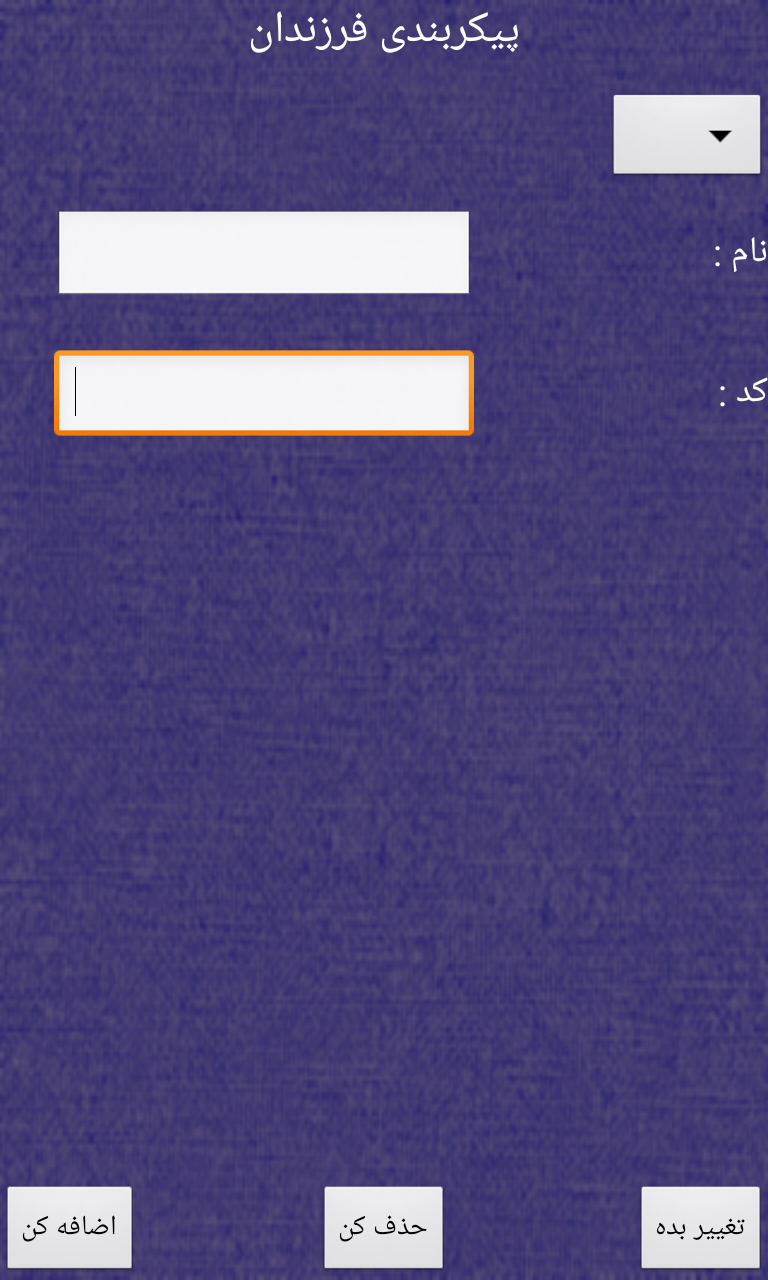
Repository: samanamp/RR-Controller
Layout: RRC app/res/layout/activity_child_setting.xml
An editor plug-in stored every save of this project. The layout is shown before and after the next save, followed by the edit.
It is drawn on a 768 x 1280 px phone screen (xhdpi) without system bars, with theme AppTheme; the app's code is not run.

Above is the layout before, as saved 2012-08-13 11:53:30.

After the next save:
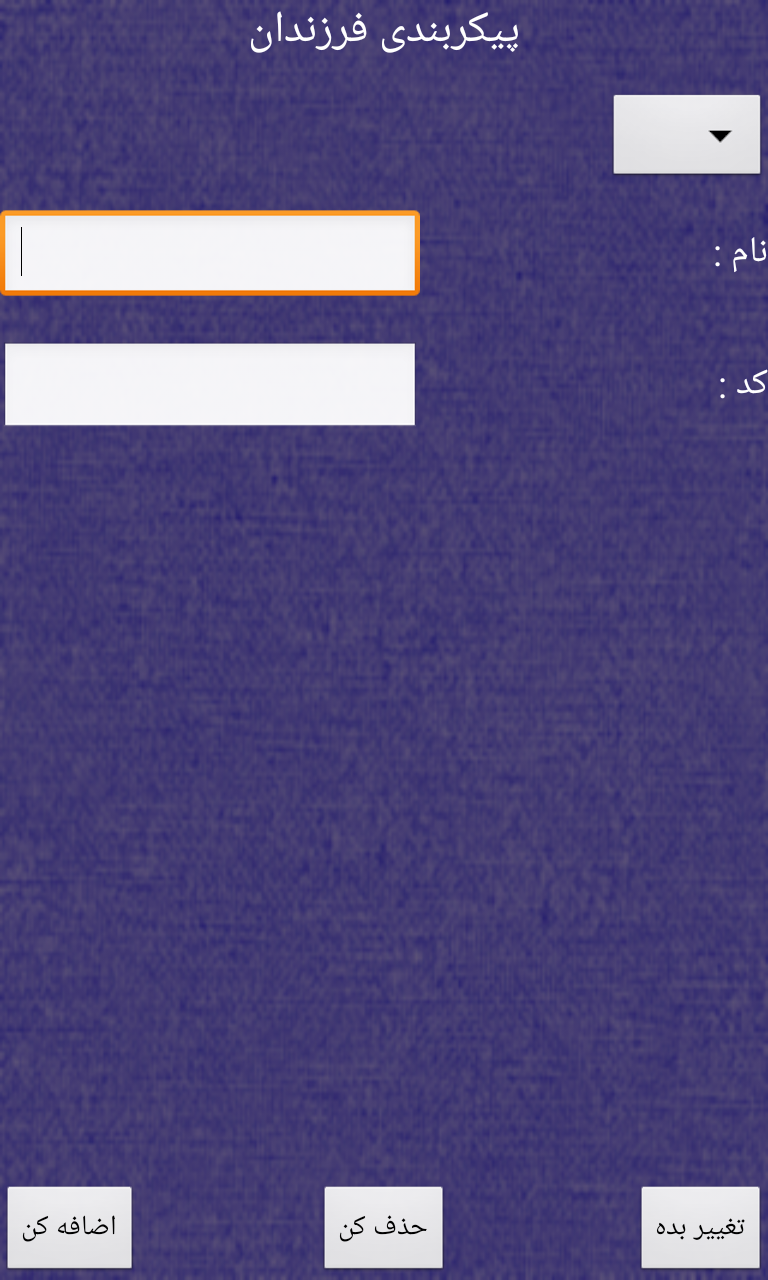
Saved 4 min 34 s later.
--- a/RRC app/res/layout/activity_child_setting.xml
+++ b/RRC app/res/layout/activity_child_setting.xml
@@ -67,9 +67,11 @@
         android:layout_height="wrap_content"
         android:layout_alignBaseline="@+id/textView2"
         android:layout_alignBottom="@+id/textView2"
-        android:layout_alignRight="@+id/textView1"
-        android:layout_marginRight="23dp"
-        android:ems="10" />
+        android:layout_alignParentLeft="true"
+        android:ems="10" >
+
+        <requestFocus />
+    </EditText>
 
     <TextView
         android:id="@+id/textView3"
@@ -77,7 +79,7 @@
         android:layout_height="wrap_content"
         android:layout_alignParentRight="true"
         android:layout_below="@+id/editText1"
-        android:layout_marginTop="31dp"
+        android:layout_marginTop="27dp"
         android:text="کد :"
         android:textAppearance="?android:attr/textAppearanceMedium"
         android:textColor="#ffffff" />
@@ -88,11 +90,8 @@
         android:layout_height="wrap_content"
         android:layout_alignBaseline="@+id/textView3"
         android:layout_alignBottom="@+id/textView3"
-        android:layout_alignLeft="@+id/editText1"
+        android:layout_alignParentLeft="true"
         android:ems="10"
-        android:inputType="number" >
-
-        <requestFocus />
-    </EditText>
+        android:inputType="number" />
 
 </RelativeLayout>
